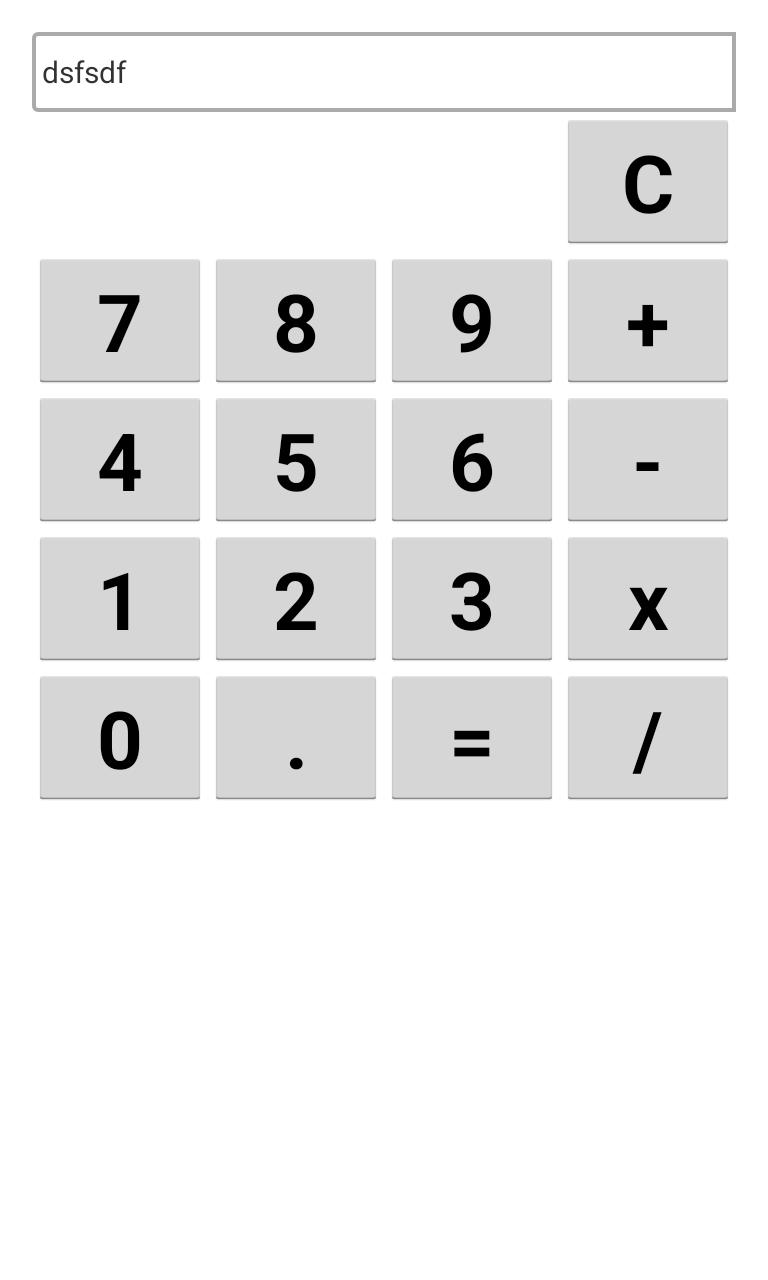
Repository: G3rcar/Android-I
Layout: SimpleCalculator/res/layout/activity_main.xml
The author's editor kept a copy of each file at every save. The layout is drawn from the files as they stood at one save, then again after the next save.
It is drawn on a 768 x 1280 px phone screen (xhdpi) without system bars, with theme AppTheme; the app's code is not run.

Above is the layout before, as saved 2013-11-08 21:44:43.

### SimpleCalculator/res/layout/activity_main.xml
<ScrollView xmlns:android="http://schemas.android.com/apk/res/android"
    xmlns:tools="http://schemas.android.com/tools"
    android:id="@+id/ScrollView1"
    android:layout_width="match_parent"
    android:layout_height="wrap_content"
    android:paddingBottom="@dimen/activity_vertical_margin"
    android:paddingLeft="@dimen/activity_horizontal_margin"
    android:paddingRight="@dimen/activity_horizontal_margin"
    android:paddingTop="@dimen/activity_vertical_margin" >



    <LinearLayout
        android:layout_width="match_parent"
        android:layout_height="wrap_content"
        android:orientation="vertical" >

          <TextView
              android:id="@+id/txvOperaciones"
              android:layout_width="match_parent"
              android:layout_height="40dp"
              style="@style/operacionesTexto"
              android:text="dsfsdf" />

          <LinearLayout
              android:layout_width="match_parent"
              android:layout_height="wrap_content" >

              <TextView
                  android:id="@+id/txvResultado"
                  style="@style/resultadoNumero"
                  android:layout_width="0dp"
                  android:layout_height="match_parent"
                  android:layout_weight="3" />

              <Button
                  android:id="@+id/button1"
                  style="@style/botonNumero"
                  android:layout_width="0dp"
                  android:layout_height="wrap_content"
                  android:layout_weight="1"
                  android:text="@string/lblClear" />

          </LinearLayout>

          <LinearLayout
              android:layout_width="match_parent"
              android:layout_height="match_parent" >

              <Button
                  android:id="@+id/btnSiete"
                  style="@style/botonNumero"
                  android:layout_width="0dp"
                  android:layout_height="wrap_content"
                  android:layout_weight="1"
                  android:text="@string/lblNumSiete" />

              <Button
                  android:id="@+id/btnOcho"
                  style="@style/botonNumero"
                  android:layout_width="0dp"
                  android:layout_height="wrap_content"
                  android:layout_weight="1"
                  android:text="@string/lblNumOcho" />

              <Button
                  android:id="@+id/btnNueve"
                  style="@style/botonNumero"
                  android:layout_width="0dp"
                  android:layout_height="wrap_content"
                  android:layout_weight="1"
                  android:text="@string/lblNumNueve" />

              <Button
                  android:id="@+id/btnMas"
                  style="@style/botonNumero"
                  android:layout_width="0dp"
                  android:layout_height="wrap_content"
                  android:layout_weight="1"
                  android:text="@string/lblMas" />

          </LinearLayout>

          <LinearLayout
              android:layout_width="match_parent"
              android:layout_height="match_parent" >

              <Button
                  android:id="@+id/btnCuatro"
                  style="@style/botonNumero"
                  android:layout_width="0dp"
                  android:layout_height="wrap_content"
                  android:layout_weight="1"
                  android:text="@string/lblNumCuatro" />

              <Button
                  android:id="@+id/btnCinco"
                  style="@style/botonNumero"
                  android:layout_width="0dp"
                  android:layout_height="wrap_content"
                  android:layout_weight="1"
                  android:text="@string/lblNumCinco" />

              <Button
                  android:id="@+id/btnSeis"
                  style="@style/botonNumero"
                  android:layout_width="0dp"
                  android:layout_height="wrap_content"
                  android:layout_weight="1"
                  android:text="@string/lblNumSeis" />

              <Button
                  android:id="@+id/btnMenos"
                  style="@style/botonNumero"
                  android:layout_width="0dp"
                  android:layout_height="wrap_content"
                  android:layout_weight="1"
                  android:text="@string/lblMenos" />

          </LinearLayout>

          <LinearLayout
              android:layout_width="match_parent"
              android:layout_height="match_parent" >

              <Button
                  android:id="@+id/btnUno"
                  style="@style/botonNumero"
                  android:layout_width="0dp"
                  android:layout_height="wrap_content"
                  android:layout_weight="1"
                  android:text="@string/lblNumUno" />

              <Button
                  android:id="@+id/btnDos"
                  style="@style/botonNumero"
                  android:layout_width="0dp"
                  android:layout_height="wrap_content"
                  android:layout_weight="1"
                  android:text="@string/lblNumDos" />

              <Button
                  android:id="@+id/btnTres"
                  style="@style/botonNumero"
                  android:layout_width="0dp"
                  android:layout_height="wrap_content"
                  android:layout_weight="1"
                  android:text="@string/lblNumTres" />

              <Button
                  android:id="@+id/btnMultiplicacion"
                  style="@style/botonNumero"
                  android:layout_width="0dp"
                  android:layout_height="wrap_content"
                  android:layout_weight="1"
                  android:text="@string/lblMultiplicacion" />

          </LinearLayout>

          <LinearLayout
              android:layout_width="match_parent"
              android:layout_height="match_parent" >

              <Button
                  android:id="@+id/btnCero"
                  style="@style/botonNumero"
                  android:layout_width="0dp"
                  android:layout_height="wrap_content"
                  android:layout_weight="1"
                  android:text="@string/lblNumCero" />

              <Button
                  android:id="@+id/btnPunto"
                  style="@style/botonNumero"
                  android:layout_width="0dp"
                  android:layout_height="wrap_content"
                  android:layout_weight="1"
                  android:text="@string/lblPunto" />

              <Button
                  android:id="@+id/btnIgual"
                  style="@style/botonNumero"
                  android:layout_width="0dp"
                  android:layout_height="wrap_content"
                  android:layout_weight="1"
                  android:text="@string/lblIgual" />

              <Button
                  android:id="@+id/btnDivision"
                  style="@style/botonNumero"
                  android:layout_width="0dp"
                  android:layout_height="wrap_content"
                  android:layout_weight="1"
                  android:text="@string/lblDivision" />

          </LinearLayout>

    </LinearLayout>

</ScrollView>

### SimpleCalculator/res/values/styles.xml
<resources xmlns:android="http://schemas.android.com/apk/res/android">

    <!--
        Base application theme, dependent on API level. This theme is replaced
        by AppBaseTheme from res/values-vXX/styles.xml on newer devices.
    -->
    <style name="AppBaseTheme" parent="android:Theme.Light">
        <!--
            Theme customizations available in newer API levels can go in
            res/values-vXX/styles.xml, while customizations related to
            backward-compatibility can go here.
        -->
    </style>

    <!-- Application theme. -->
    <style name="AppTheme" parent="AppBaseTheme">
        <!-- All customizations that are NOT specific to a particular API-level can go here. -->
    </style>
    <style name="botonNumero">
        <item name="android:textSize">40sp</item>
        <item name="android:textStyle">bold</item>
    </style>

    <style name="resultadoNumero">
        <item name="android:textSize">35sp</item>
        <item name="android:gravity">right|center</item>
        <item name="android:paddingRight">5dp</item>
    </style>
    <style name="operacionesTexto">
        <item name="android:textSize">15sp</item>
        <item name="android:gravity">left|center</item>
        <item name="android:paddingLeft">5dp</item>
        <item name="android:background">@drawable/border</item>

    </style>



</resources>

### SimpleCalculator/res/values/strings.xml
<?xml version="1.0" encoding="utf-8"?>
<resources>

    <string name="app_name">Simple Calculator</string>
    <string name="action_settings">Settings</string>
    <string name="hello_world">Hello world!</string>
    <string name="lblNumSiete">7</string>
    <string name="lblNumOcho">8</string>
    <string name="lblNumNueve">9</string>
    <string name="lblMas">+</string>
    <string name="lblNumCuatro">4</string>
    <string name="lblNumCinco">5</string>
    <string name="lblNumSeis">6</string>
    <string name="lblMenos">-</string>
    <string name="lblNumUno">1</string>
    <string name="lblNumDos">2</string>
    <string name="lblNumTres">3</string>
    <string name="lblMultiplicacion">x</string>
    <string name="lblNumCero">0</string>
    <string name="lblPunto">.</string>
    <string name="lblIgual">=</string>
    <string name="lblDivision">/</string>
    <string name="lblClear">C</string>

</resources>

### SimpleCalculator/res/drawable/border.xml
<?xml version="1.0" encoding="utf-8"?>
<shape xmlns:android="http://schemas.android.com/apk/res/android" >
	<solid android:color="#ffffff" />
	<stroke android:width="2dip" android:color="#AAAAAA"/>
	<corners android:bottomRightRadius="0dp" android:bottomLeftRadius="2dp"
     android:topLeftRadius="2dp" android:topRightRadius="0dp"/>
</shape>

Loaded but not shown: SimpleCalculator/res/values-v11/styles.xml (common file); SimpleCalculator/res/values-v14/styles.xml (common file); SimpleCalculator/res/values/dimens.xml (common file)

After the next save:
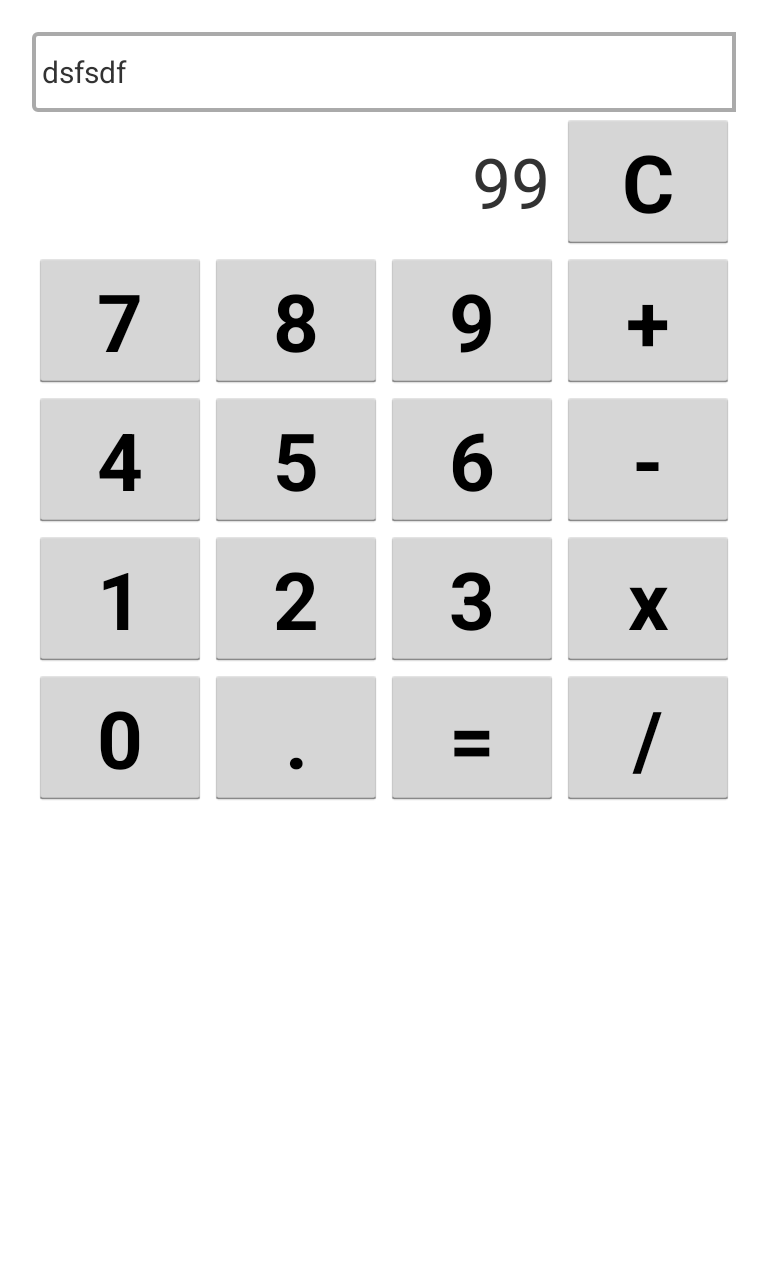
Saved 5 s later.
--- a/SimpleCalculator/res/layout/activity_main.xml
+++ b/SimpleCalculator/res/layout/activity_main.xml
@@ -31,7 +31,8 @@
                   style="@style/resultadoNumero"
                   android:layout_width="0dp"
                   android:layout_height="match_parent"
-                  android:layout_weight="3" />
+                  android:layout_weight="3"
+                  android:text="99" />
 
               <Button
                   android:id="@+id/button1"
